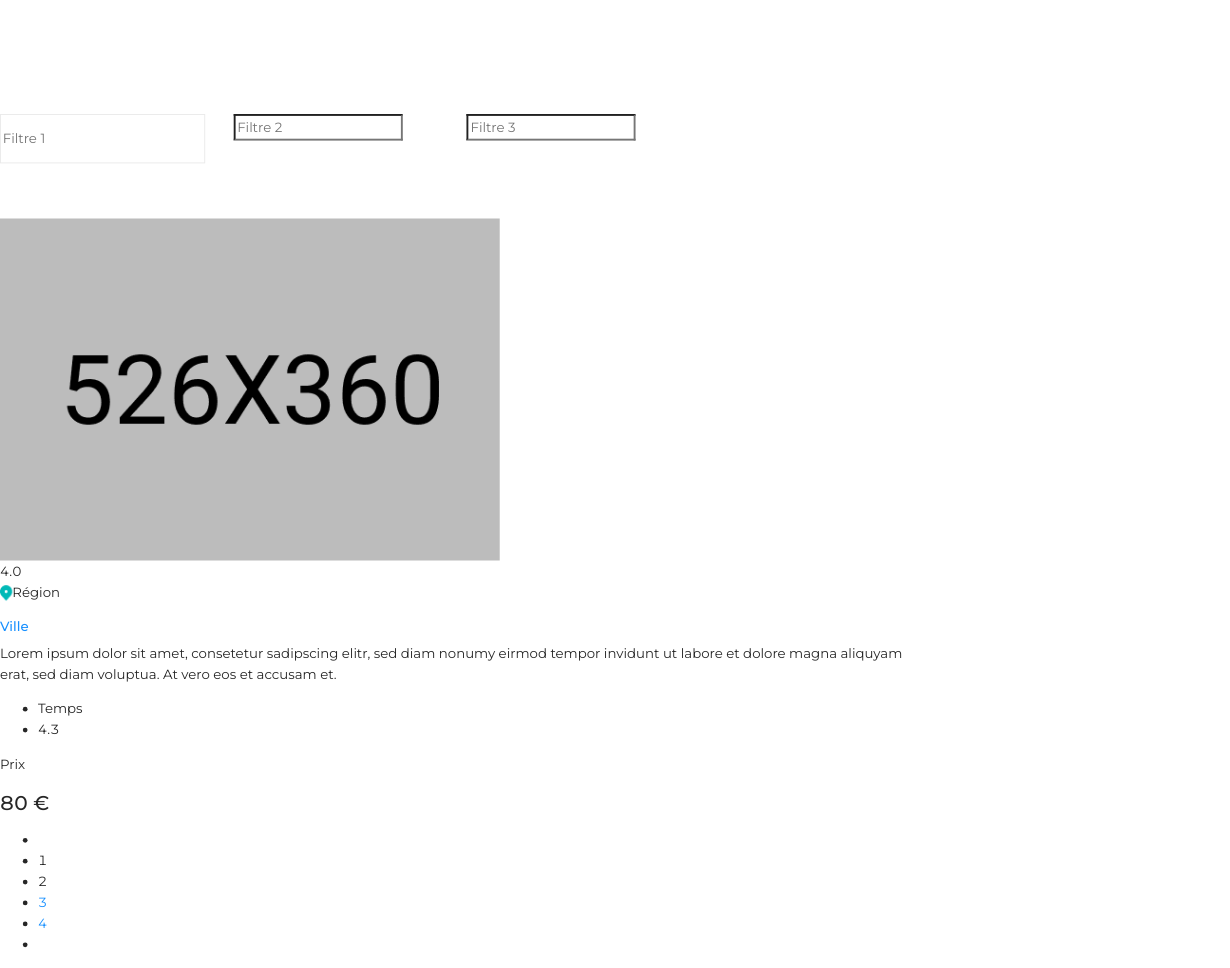
Repository: Emerson1220/projet-neofeel-lacapsule
Page: /roadPlanner (app in reactapp/)
An editor plug-in stored every save of this project. The page is shown before and after the next save, followed by the edit.
The browser window is 1280 px wide. The page is 1295 px wide, so the pictures cover 1295 px, including what lies to the right of the window. The pictures show the whole page, at 95% of full size.
The project was rebuilt for these pictures with package versions that can differ from the ones it lists, and the page was loaded fresh each time. A package was used in the major version that the imports need, not the one package.json lists. Also part of the build but not shown: reactapp/src/Nav.js, reactapp/src/ScreenHome.js.

Above is the page before, as saved 2021-05-18 09:49:23.

After the next save:
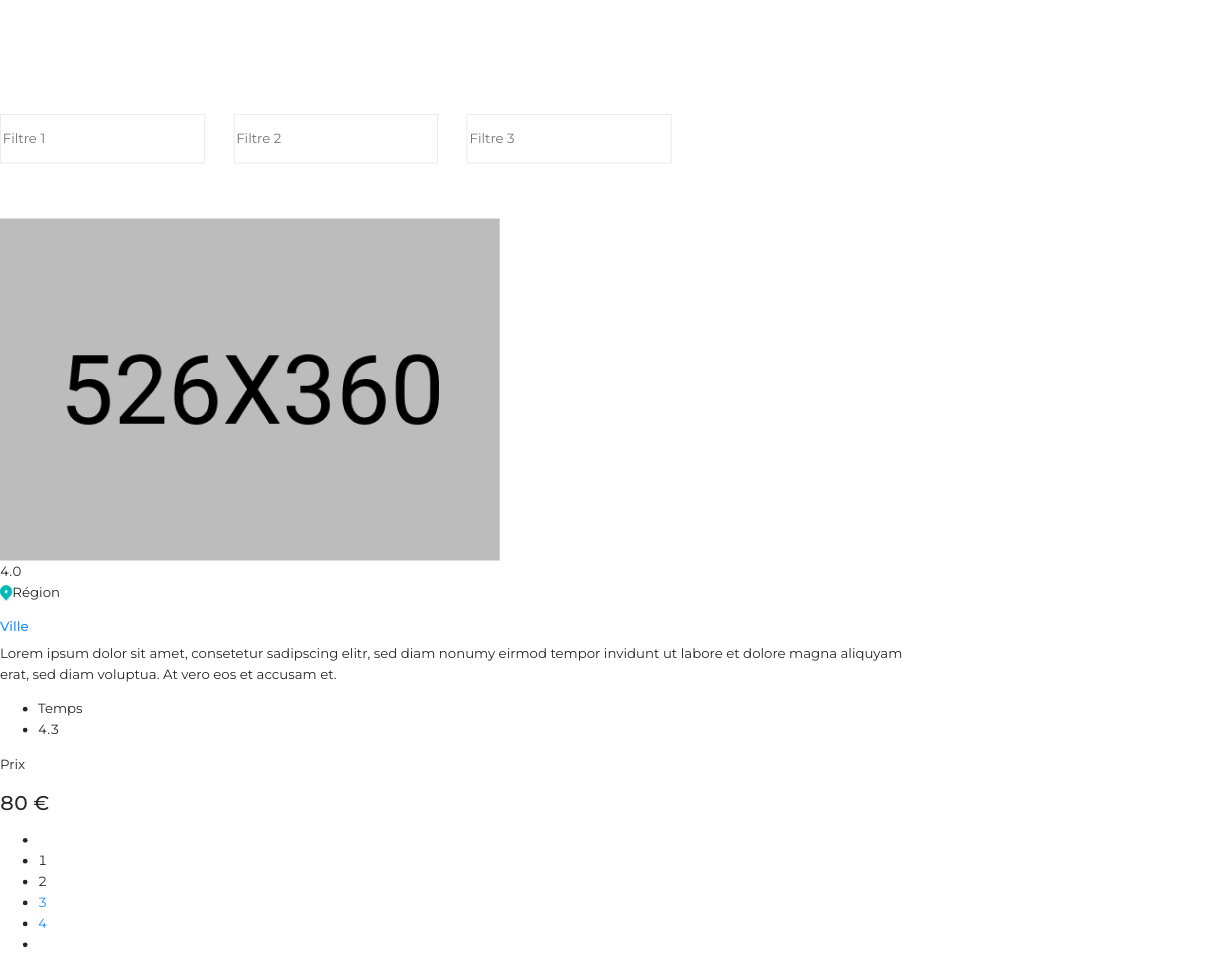
Saved 30 s later.
--- a/reactapp/src/screens/ScreenRoadPlanner.js
+++ b/reactapp/src/screens/ScreenRoadPlanner.js
@@ -26,14 +26,14 @@ function ScreenRoadPlanner() {
                                     <div style={ styles.col_xl_3 }>
                                         <label style={ styles.single_input_wrap }>
                                             <i style={ styles.icons_la }/>
-                                            <input type="text" placeholder="Filtre 2" />
+                                            <input style={ styles.single_input_wrap_input } type="text" placeholder="Filtre 2" />
                                         </label>
                                     </div>
 
                                     <div style={ styles.col_xl_3 }>
                                         <label style={ styles.single_input_wrap }>
                                             <i style={ styles.icons_la }/>
-                                            <input type="text" placeholder="Filtre 3" />
+                                            <input style={ styles.single_input_wrap_input } type="text" placeholder="Filtre 3" />
                                         </label>
                                     </div>
                                 </div>
